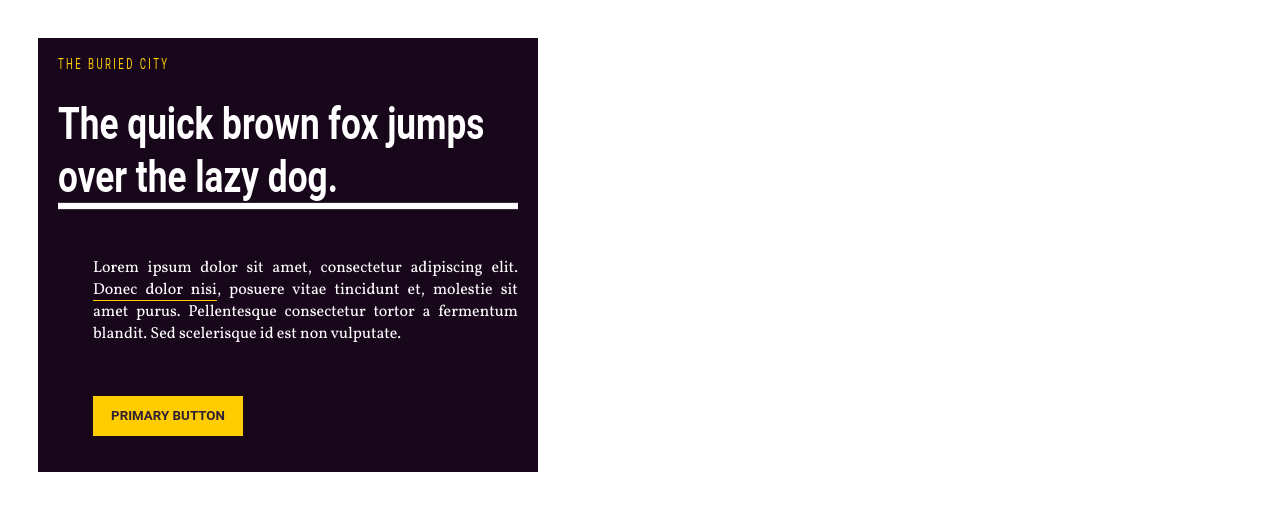
Repository: rafigabriel/TP2---Web-I
Page: ex03-css/index.html
The author's editor kept a copy of each file at every save. The page is drawn from the files as they stood at one save, then again after the next save.
The browser window is 1280 px wide. The pictures show the whole page.

Above is the page before, as saved 2024-09-09 18:26:32.

After the next save:
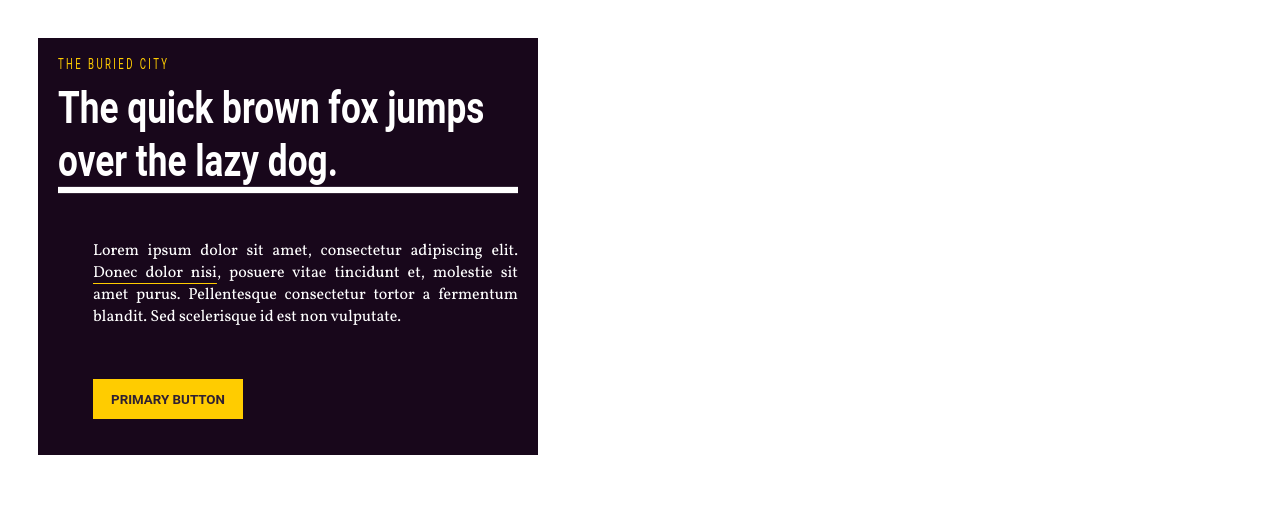
Saved 4 s later.
--- a/ex03-css/style.css
+++ b/ex03-css/style.css
@@ -15,7 +15,7 @@ h1{
     font-style: normal;
     font-weight: 700;
     color: white;
-
+    pa
     margin-top: 40px;
     border-bottom: 5px solid white;
     transform: scale(1,1.25);
